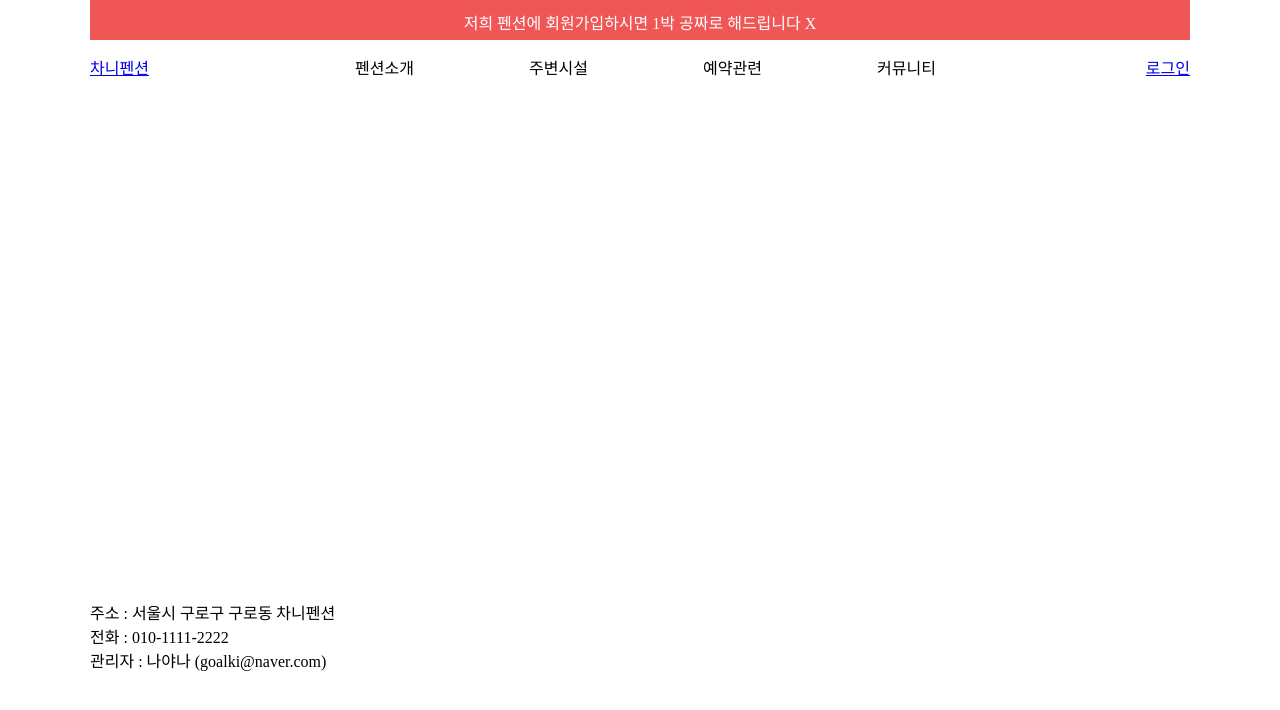
Repository: goalki/pension
Page: http://localhost/pension/mypage/mypage.jsp
These files come from the project's save history. The page is drawn as it stood at one moment and after the next save; the edit follows.
The browser window is 1280 px wide. The pictures show the whole page.
The page is served by Tomcat 9.

Above is the page before, as saved 2021-01-15 05:29:19.

After the next save:
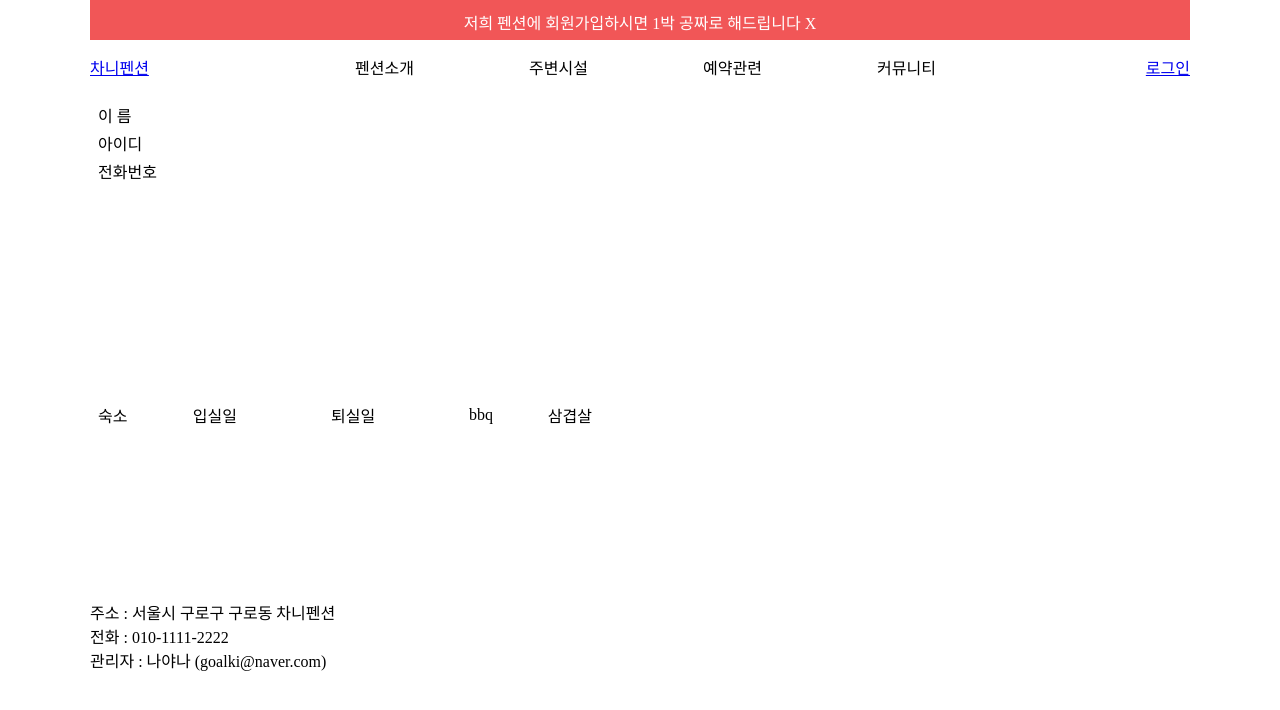
Saved 3 min 29 s later.
--- a/pension/WebContent/mypage/mypage.jsp
+++ b/pension/WebContent/mypage/mypage.jsp
@@ -18,10 +18,32 @@
  </style>
   <div id="section">
     <div id="my">  <!-- 회원 정보 : member테이블에 값을 가져온다..-->
-
+      <table width="590" align="center">
+       <tr>
+        <td> 이 름 </td>
+        <td> </td>
+       </tr>
+       <tr>
+        <td> 아이디 </td>
+        <td> </td>
+       </tr>
+       <tr>
+        <td> 전화번호 </td>
+        <td> </td>
+       </tr>
+       <tr>
+      </table>
     </div>
     <div id="reserve"> <!-- 예약정보 : reserve 테이블에서 가져온다.-->
-
+      <table width="590" align="center">
+       <tr>
+         <td> 숙소 </td>
+         <td> 입실일 </td>
+         <td> 퇴실일 </td>
+         <td> bbq </td>
+         <td> 삼겹살 </td>
+       </tr>
+      </table>
     </div>
   </div>
 
